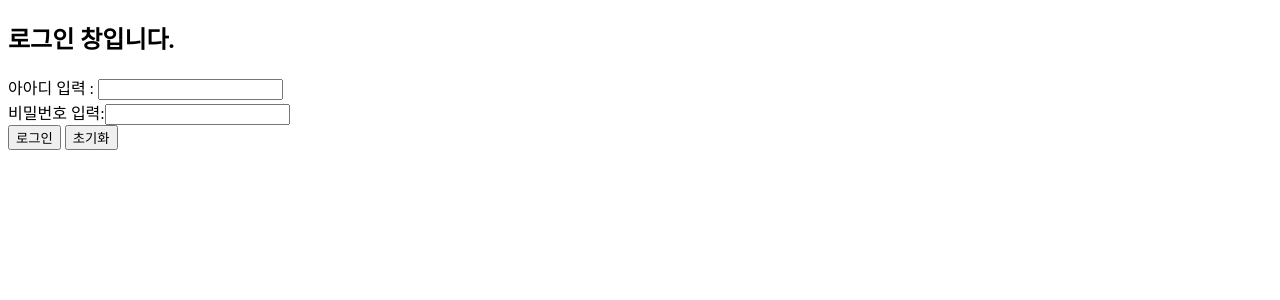
Repository: Kimhwawon/jsp_practice
Page: http://localhost/JSPBasic/JsObject/1.requests/req_login_form.jsp
These files come from the project's save history. The page is drawn as it stood at one moment and after the next save; the edit follows.
The browser window is 1280 px wide. The pictures show the whole page.
The page is served by Tomcat 9.

Above is the page before, as saved 2022-02-04 01:29:22.

After the next save:
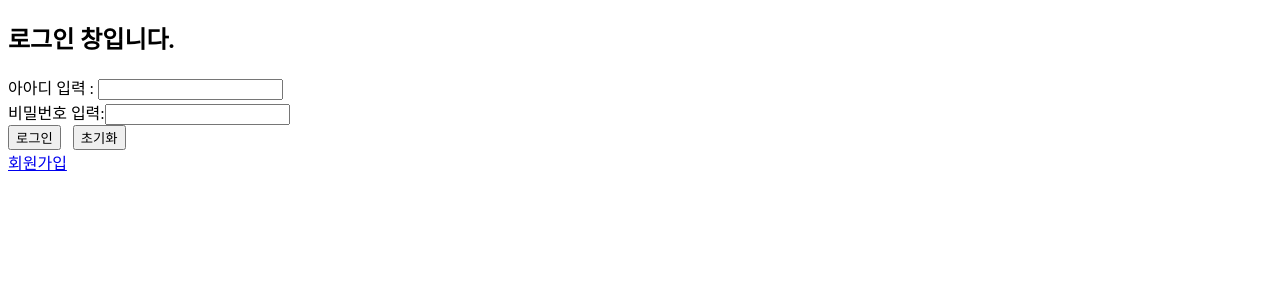
Saved 8 min 45 s later.
--- a/JSPBasic/src/main/webapp/JsObject/1.requests/req_login_form.jsp
+++ b/JSPBasic/src/main/webapp/JsObject/1.requests/req_login_form.jsp
@@ -9,17 +9,13 @@
 <body>
 	<form action = "req_login_result.jsp" method="post">
 	<h2>로그인 창입니다. </h2>
-	아아디 입력 : <input type = "text" name = "aaa" /> <br/>
-	비밀번호 입력:<input type = "password" name = "bbb" /> <br/>
+	아아디 입력 : <input type = "text" name = "id" /> <br/>
+	비밀번호 입력:<input type = "password" name = "pw" /> <br/>
 
-	<input type = "submit" value="로그인"/>
+	<input type = "submit" value="로그인"/> &nbsp;
 	<input type = "reset" value = "초기화"/>
-
-
-
-
-
 	</form>
+	<a href = "req_join_form.jsp">회원가입</a>
 
 </body>
 </html>
